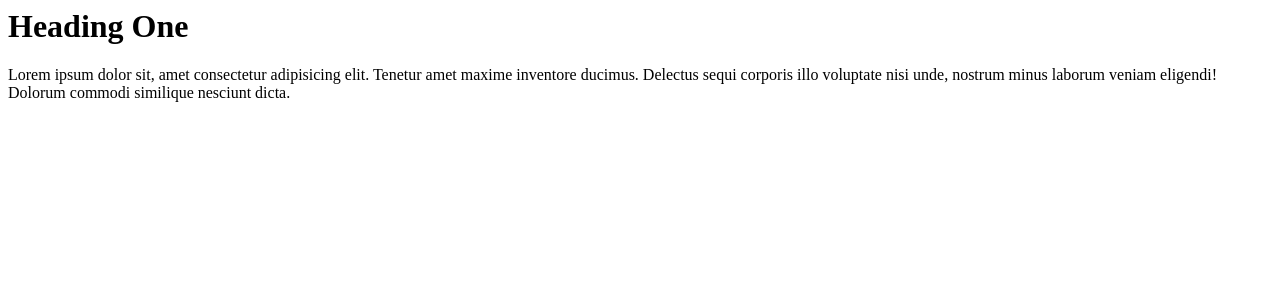
Repository: MonwarAdeeb/Bista_Solutions
Page: HTML & CSS/CSS/Level Two/01. Fonts.html
The author's editor kept a copy of each file at every save. The page is drawn from the files as they stood at one save, then again after the next save.
The browser window is 1280 px wide. The pictures show the whole page.

Above is the page before, as saved 2021-05-20 15:10:59.

### HTML & CSS/CSS/Level Two/01. Fonts.html
<html lang="en">
<head>
    <meta charset="UTF-8">
    <meta http-equiv="X-UA-Compatible" content="IE=edge">
    <meta name="viewport" content="width=device-width, initial-scale=1.0">
    <title>Document</title>
</head>
<body>
    <h1>Heading One</h1>

    <p>Lorem ipsum dolor sit,
        amet consectetur adipisicing elit.
        Tenetur amet maxime inventore ducimus.
        Delectus sequi corporis illo voluptate nisi unde,
        nostrum minus laborum veniam eligendi!
        Dolorum commodi similique nesciunt dicta.</p>

</body>
</html>

After the next save:
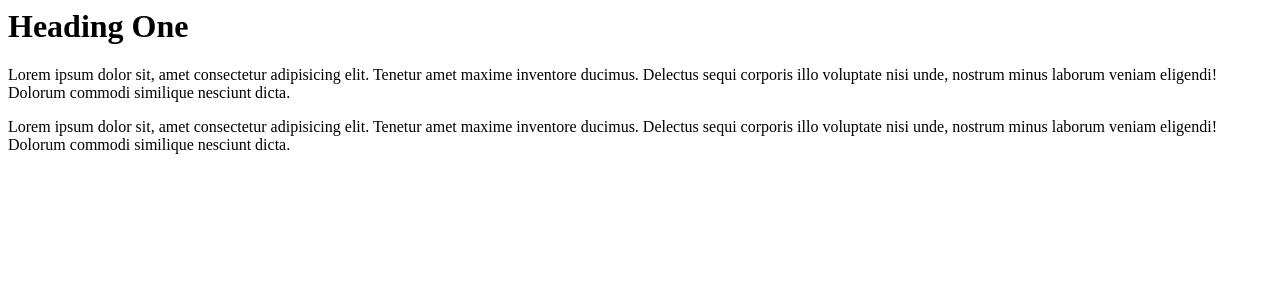
Saved 35 s later.
--- a/HTML & CSS/CSS/Level Two/01. Fonts.html
+++ b/HTML & CSS/CSS/Level Two/01. Fonts.html
@@ -15,5 +15,12 @@
         nostrum minus laborum veniam eligendi!
         Dolorum commodi similique nesciunt dicta.</p>
 
+        <p>Lorem ipsum dolor sit,
+            amet consectetur adipisicing elit.
+            Tenetur amet maxime inventore ducimus.
+            Delectus sequi corporis illo voluptate nisi unde,
+            nostrum minus laborum veniam eligendi!
+            Dolorum commodi similique nesciunt dicta.</p>
+
 </body>
 </html>
